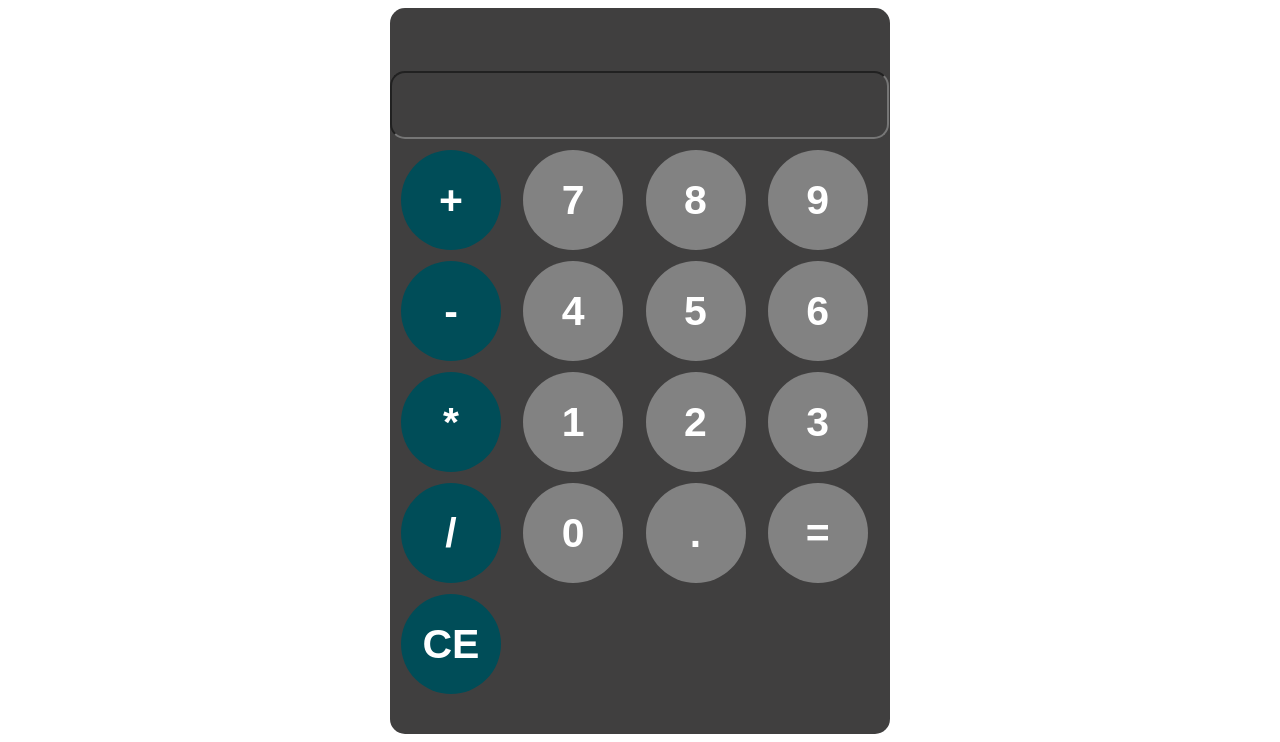
Repository: rkrukshan/JS-Calculator
Page: index.html
The author's editor kept a copy of each file at every save. The page is drawn from the files as they stood at one save, then again after a run of saves.
The browser window is 1280 px wide. The pictures show the whole page.

Above is the page before, as saved 2024-09-02 14:18:24.

After the next 4 saves:
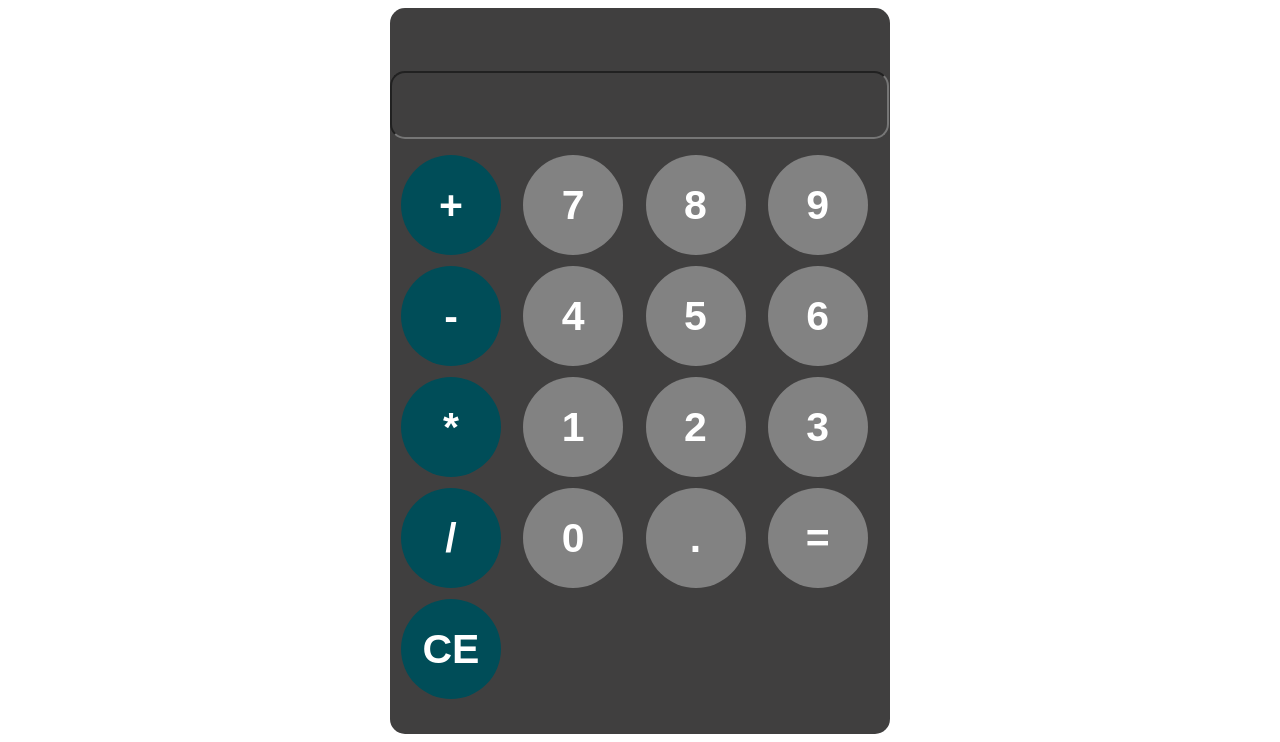
The 4 saves are shown as one change because they came seconds apart.
The last was saved 93 s later.
--- a/style.css
+++ b/style.css
@@ -21,6 +21,7 @@
   background-color: transparent;
 }
 #buttons {
+  margin: 5px 0px;
   display: grid;
   grid-template-columns: repeat(4, 1fr);
   align-items: center;
